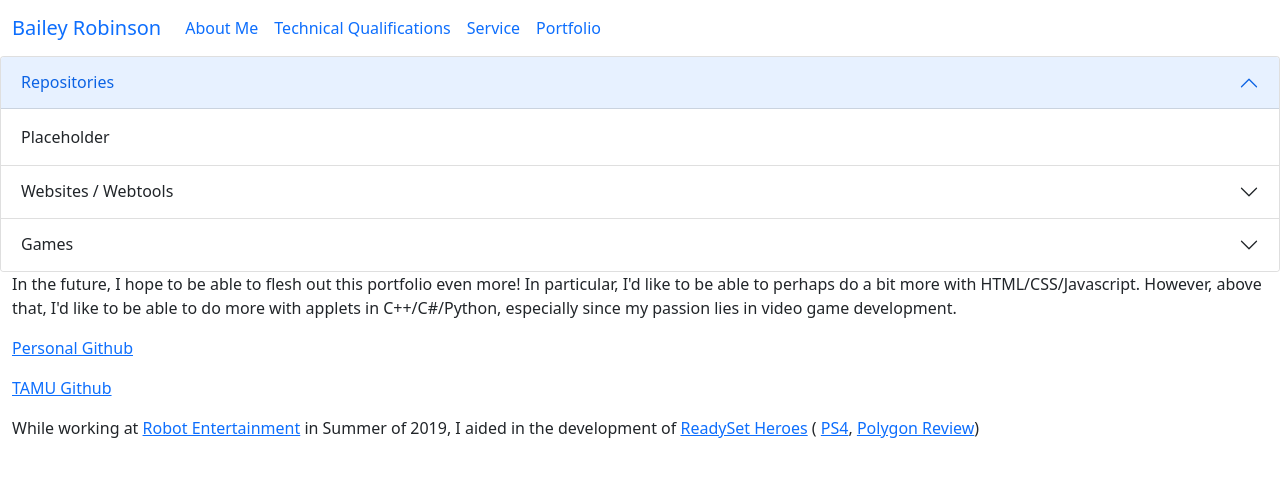
Repository: baileyjrob/personal_website
Page: portfolio.html
An editor plug-in stored every save of this project. The page is shown before and after the next save, followed by the edit.
The browser window is 1280 px wide. The pictures show the whole page.

Above is the page before, as saved 2022-04-20 13:37:30.

After the next save:
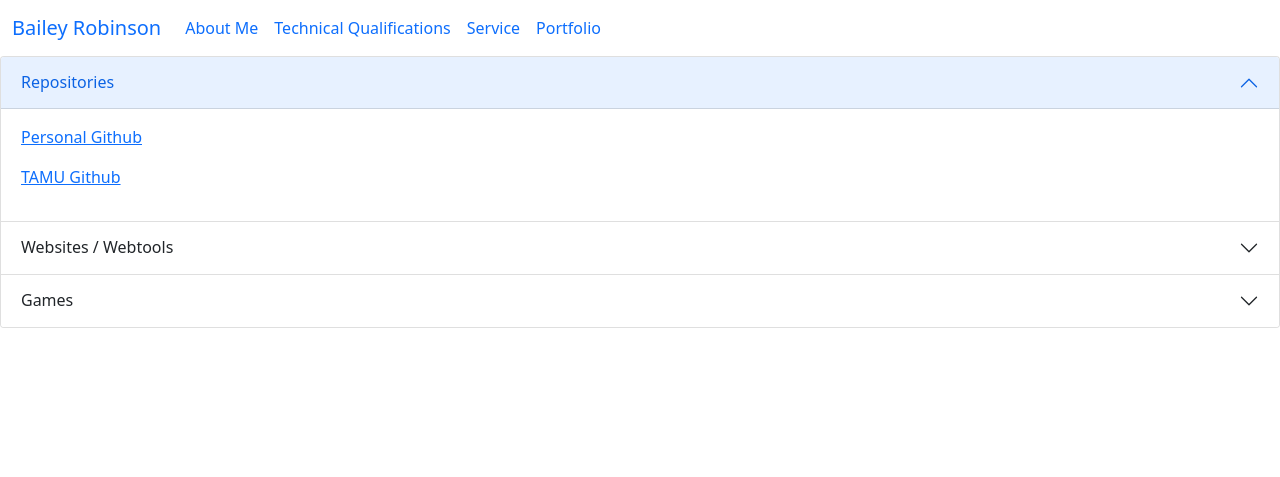
Saved 58 s later.
--- a/portfolio.html
+++ b/portfolio.html
@@ -49,7 +49,8 @@
             <div id="collapseRepo" class="accordion-collapse collapse show" aria-labelledby="headingRepo"
                 data-bs-parent="#accordionFields">
                 <div class="accordion-body">
-                    Placeholder
+                    <p><a href="https://github.com/baileyjrob">Personal Github</a></p>
+                    <p><a href="https://github.tamu.edu/baileyjrob">TAMU Github</a></p>
                 </div>
             </div>
         </div>
@@ -90,31 +91,20 @@
             <div id="collapseTwo" class="accordion-collapse collapse" aria-labelledby="headingGames"
                 data-bs-parent="#accordionFields">
                 <div class="accordion-body">
-                    Placeholder
+                    <p>While working at
+                        <a href="https://robotentertainment.com/">Robot Entertainment</a>
+                        in Summer of 2019, I aided in the development of
+                        <a href="https://www.epicgames.com/store/en-US/product/readyset-heroes/home">
+                            ReadySet Heroes</a> (
+                        <a href="https://www.playstation.com/en-us/games/readyset-heroes-ps4/">PS4</a>,
+                        <a
+                            href="https://www.polygon.com/2019/9/5/20851325/readyset-heroes-preview-release-date-pc-epic-ps4-trailer">
+                            Polygon Review</a>)
+                    </p>
                 </div>
             </div>
         </div>
     </div>
-    <div class="container-fluid">
-        <p> In the future, I hope to be able to flesh out this portfolio even more! In particular, I'd like to be able
-            to
-            perhaps do a bit more with HTML/CSS/Javascript. However, above that, I'd like to be able to do more with
-            applets
-            in
-            C++/C#/Python, especially since my passion lies in video game development.</p>
-        <p><a href="https://github.com/baileyjrob">Personal Github</a></p>
-        <p><a href="https://github.tamu.edu/baileyjrob">TAMU Github</a></p>
-        <p>While working at
-            <a href="https://robotentertainment.com/">Robot Entertainment</a>
-            in Summer of 2019, I aided in the development of
-            <a href="https://www.epicgames.com/store/en-US/product/readyset-heroes/home">
-                ReadySet Heroes</a> (
-            <a href="https://www.playstation.com/en-us/games/readyset-heroes-ps4/">PS4</a>,
-            <a
-                href="https://www.polygon.com/2019/9/5/20851325/readyset-heroes-preview-release-date-pc-epic-ps4-trailer">
-                Polygon Review</a>)
-        </p>
-    </div>
 </body>
 
 </html>
